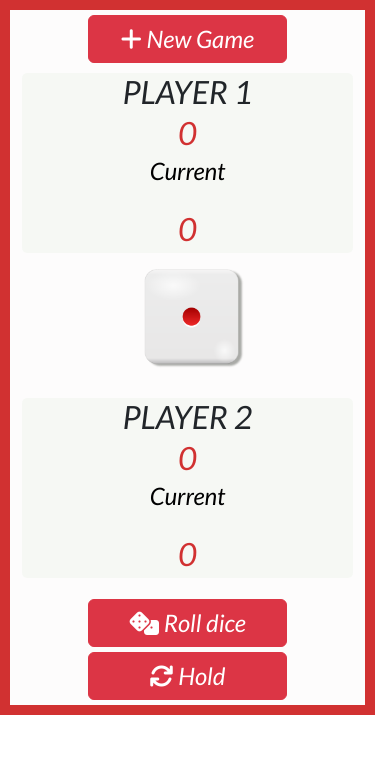
Repository: haifabilel/Eval_JAVASCRIPT
Page: index.html
These files come from the project's save history. The page is drawn as it stood at one moment and after the next save; the edit follows.
The browser window is 375 px wide. The pictures show the whole page.
Some web libraries are served in a nearby version.

Above is the page before, as saved 2023-06-05 17:31:17.

### index.html
<!DOCTYPE html>
<html lang="fr">
<head>
    <meta charset="UTF-8">
    <meta http-equiv="X-UA-Compatible" content="IE=edge">
    <meta name="viewport" content="width=device-width, initial-scale=1.0">
    <title>GameEval</title>
    <!-- Bootstrap -->
    <link href="https://cdn.jsdelivr.net/npm/bootstrap@5.3.0-alpha3/dist/css/bootstrap.min.css" rel="stylesheet" integrity="sha384-KK94CHFLLe+nY2dmCWGMq91rCGa5gtU4mk92HdvYe+M/SXH301p5ILy+dN9+nJOZ" crossorigin="anonymous">
    <!-- Bootstrap icons CSS -->
    <link rel="stylesheet" href="https://cdn.jsdelivr.net/npm/bootstrap-icons@1.6.1/font/bootstrap-icons.css">
    <!-- font awesome cdn link-->
    <link rel="stylesheet" href="https://cdnjs.cloudflare.com/ajax/libs/font-awesome/6.3.0/css/all.min.css" integrity="sha512-SzlrxWUlpfuzQ+pcUCosxcglQRNAq/DZjVsC0lE40xsADsfeQoEypE+enwcOiGjk/bSuGGKHEyjSoQ1zVisanQ==" crossorigin="anonymous" referrerpolicy="no-referrer">
    <!-- CSS Link -->
    <link rel="stylesheet" href="style.css">
</head>
<body>
    <div class="container-fluid" >
     <header>
         <button class="btn btn_newGame btn-danger"><i class="fa-solid fa-plus"></i> New Game</button>
    </header>
    <main>
        <div class="row">
            <!-- Player One  -->
            <div class="col-xm-12 col-md-5 mx-auto " >
                <section class="player player_0 player_active">
                    <h2 class="label" id="label_0">PLAYER 1</h2>
                    <p class="score" id="score_0" >0</p>
                    <div class="current">
                        <p class="current_label">Current</p>
                        <p class="current_score" id="current_0">0</p>
                    </div>
                </section>
            </div>
            <!-- Dice image -->
            <div class="col-xm-12 col-md-2 mx-auto">
                <img src="/asset/dice1.png" alt="imageDice" class="dice img-fluid" style="width: 100px;">
            </div>
             <!-- Player Tow  -->
             <div class="col-xm-12 col-md-5 mx-auto ">
                <section class="player player_1">
                    <h2 class="label" id="label_1">PLAYER 2</h2>
                    <p class="score" id="score_1">0</p>
                    <div class="current">
                        <p class="current_label">Current</p>
                        <p class="current_score" id="current_1">0</p>
                    </div>
                </section>
             </div>
        </div>
    </main>
    <!-- Button RollDice -->
    <div class="button_roll">
        <button class="btn btn_roll btn-danger"><i class="fa-solid fa-dice"></i> Roll dice</button>
    </div>
    <div class="button_hold">
        <button class="btn btn_hold btn-danger"><i class="fa-solid fa-arrows-rotate"></i> Hold</button>
    </div>
    </div>


    <script src="https://code.jquery.com/jquery-3.5.1.slim.min.js" integrity="sha384-DfXdz2htPH0lsSSs5nCTpuj/zy4C+OGpamoFVy38MVBnE+IbbVYUew+OrCXaRkfj" crossorigin="anonymous"></script>
    <script src="https://cdn.jsdelivr.net/npm/popper.js@1.16.0/dist/umd/popper.min.js" integrity="sha384-Q6E9RHvbIyZFJoft+2mJbHaEWldlvI9IOYy5n3zV9zzTtmI3UksdQRVvoxMfooAo" crossorigin="anonymous"></script>
    <script src="https://cdn.jsdelivr.net/npm/bootstrap@5.3.0-alpha3/dist/js/bootstrap.bundle.min.js" integrity="sha384-ENjdO4Dr2bkBIFxQpeoTz1HIcje39Wm4jDKdf19U8gI4ddQ3GYNS7NTKfAdVQSZe" crossorigin="anonymous"></script>
    <script src="script.js"></script>
</body>
</html>

### style.css
@import url('https://fonts.googleapis.com/css2?family=Lato:ital,wght@1,300;1,400;1,700&display=swap');
*{
    font-family: Lato;
}
.container-fluid{
    box-shadow:0.5rem 1 rem rgba(0,0,0,.5);
    background-color: #fdfcfc;
    width:100%;
    height: 100%;
    border: 10px solid  #d13131;

}
.row{
    margin-top:80px;
}
/* Playerss */
.player_0 , .player_1{
    background-color:#f1f7f097;
    text-align:center;
    border-radius:5px;
    margin-top:-70px;

}
/* Current */
.current{

    width:30%;
    font-size:1.5rem;
    border-radius:5%;
    text-align:center;
    margin-left :35%;
    color:black;
    font-size:2rem;
}
/* Scors */
.score{
    color:#d13131;
    font-size:4rem;
}
.current_score{
    color:#d13131;
    font-size:2rem;
}
/* Buttons */
.btn_roll{
    margin-left:41.5%;
    margin-top:30px;
    width:17%;
    font-size:1.5rem;
    padding:10px;

}
.btn_hold{
    padding:10px;
    margin-left:41.5%;
    margin-top:5px;
    margin-bottom:5px;
    width:17%;
    font-size:1.5rem;
}
.btn_newGame{
    margin-top:30px;
    padding: 10px;
    margin-left:41.5%;
    width:17%;
    font-size:1.5rem;
}
.btn_hold:hover{
    transform:scale(1.1);
    background-color:darkred;
}
.btn_roll:hover{
    transform:scale(1.1);
    background-color:darkred;
}
.btn_newGame:hover{
    transform:scale(1.1);
    background-color:darkred;
}

/* Image Dice */
img{
    margin:20px 70px;
}
.hidden{
    display:none;
}
.player_winn{
    background:url(/asset/golden-winners-cup_1284-18399.avif);
    background-size: cover;
    background-position:center;


}
.player_winn1{
    background-color:rgba(228, 129, 129, 0.384);
}
/* Mode mobile */
@media screen and (max-width:576px){
    h2{
        font-size:2rem;
    }
    .player_1{
        margin-top:10px;
    }
    .score{
        color:#d13131;
        font-size:2rem;
        margin-top:-10px;
    }
    img{
        width:20px;
        margin-left:37%;
        margin-top:0;
    }
    .btn_roll, .btn_hold, .btn_newGame{
        width:60%;
        padding:5px;
        margin-left:20%;
        margin-top: 5px;
    }
    .current{
        font-size:1.5rem;
        margin-top:-20px;
    }



}

### script.js
//Players
const playerOne = document.getElementById('player_0');
const playerTow = document.getElementById('player_1');
//Score
const score0 = document.getElementById('score_0');
const score1 = document.getElementById('score_1');
//Dice
const dice = document.querySelector('.dice');
//buttons
const buttonRoll = document.querySelector('.btn_roll');
const buttonHold = document.querySelector('.btn_hold');
const buttonNewGame = document.querySelector('.btn_newGame');
//Current
const current0 = document.getElementById('current_0');
const current1 = document.getElementById('current_1');

score0.textContent = 0 ;
score1.textContent = 0 ;
// dice.classList.add("hidden");

let scores = [0 , 0]
let activePlayer = 0 ;
let currentScore = 0 ;

const switchPlayer = function(){
    document.getElementById(`current_${activePlayer}`).textContent = 0;
    document.querySelector(`.player_${activePlayer}`).classList.remove('player_winn1');
    activePlayer = activePlayer === 0 ? 1 : 0;
    currentScore = 0;
    playerOne.classList.toggle("player_active");
    playerTow.classList.toggle("player_active");




}
//buttonRoll
buttonRoll.addEventListener("click", function() {
    dice.classList.remove("hidden");



    //Generate number 1 to 6
    const diceRandom = Math.floor(Math.random() * 6) + 1;
    dice.src =`/asset/dice${diceRandom}.png`

//   Sound game
const audio = new Audio('/asset/programmation-web_de-2_asset_son.mp3');

const lanseSon = function() {
    audio.play()
}
audio.addEventListener('canplaythrough', lanseSon);

//Rolled
if(diceRandom !==1){
    currentScore += diceRandom;
    document.getElementById(`current_${activePlayer}`).textContent = currentScore;
    document.querySelector(`.player_${activePlayer}`).classList.add('player_winn1');

}else{
    //Switch Player
    switchPlayer();
}
});
//ButtonHold
buttonHold.addEventListener('click',function(){
    scores[activePlayer] += currentScore;
    document.querySelector(`.player_${activePlayer}`).classList.remove('player_winn1');
    document.getElementById(`score_${activePlayer}`).textContent = scores[activePlayer];



    if(scores[activePlayer] >=100){
        document.querySelector(`.player_${activePlayer}`).classList.add('player_winn');
        const audio = new Audio('/asset/tadaa-47995.mp3');

        const lanseSon1 = function() {
            audio.play()
        }
        audio.addEventListener('canplaythrough', lanseSon1);


    }else{
        switchPlayer();
    }
});
//  Button NewGame
buttonNewGame.addEventListener ('click',function(){
    document.location.reload()
 })

After the next save:
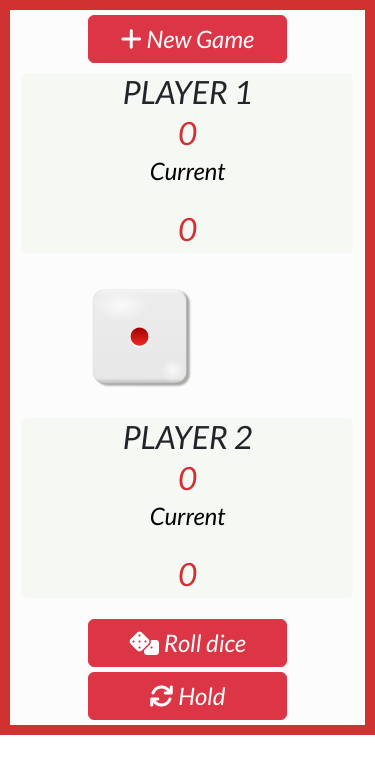
Saved 51 s later.
--- a/style.css
+++ b/style.css
@@ -108,6 +108,7 @@
         font-size:2rem;
         margin-top:-10px;
     }
+    current_score
     img{
         width:20px;
         margin-left:37%;

After the 2 saves that followed:
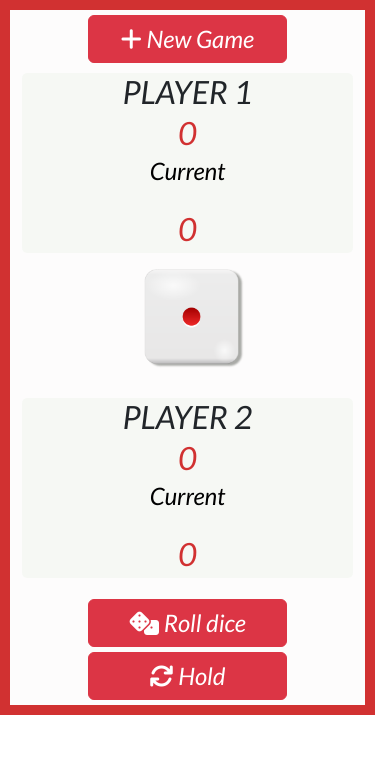
The 2 saves are shown as one change because 1 left the picture as it was.
The last was saved 13 s later.
--- a/style.css
+++ b/style.css
@@ -108,7 +108,9 @@
         font-size:2rem;
         margin-top:-10px;
     }
-    current_score
+    .current_score{
+
+    }
     img{
         width:20px;
         margin-left:37%;
